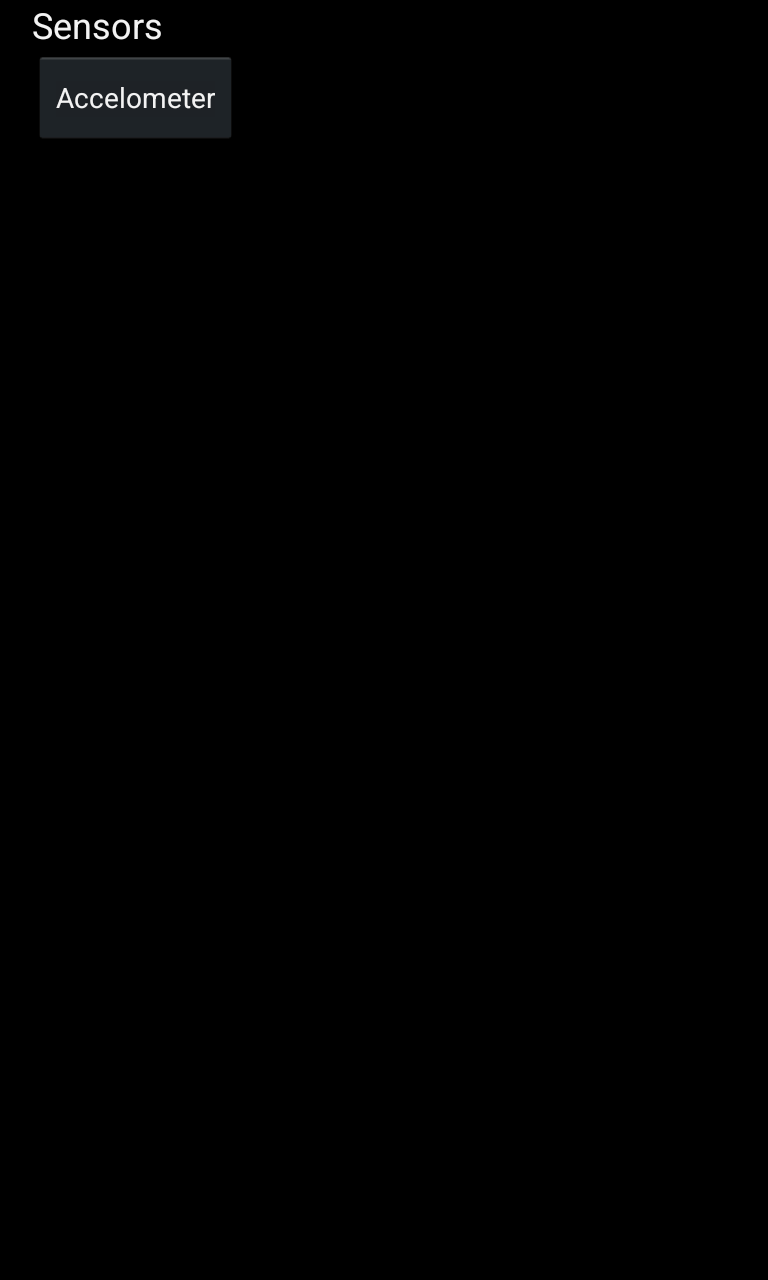
Repository: Amir13/Android_Basic_Steps
Layout: ViewElements5/res/layout/fragment_thrid.xml
An editor plug-in stored every save of this project. The layout is shown before and after the next save, followed by the edit.
It is drawn on a 768 x 1280 px phone screen (xhdpi) without system bars, with theme android:Theme.Holo; the app's code is not run.

Above is the layout before, as saved 2014-06-16 01:42:06.

After the next save:
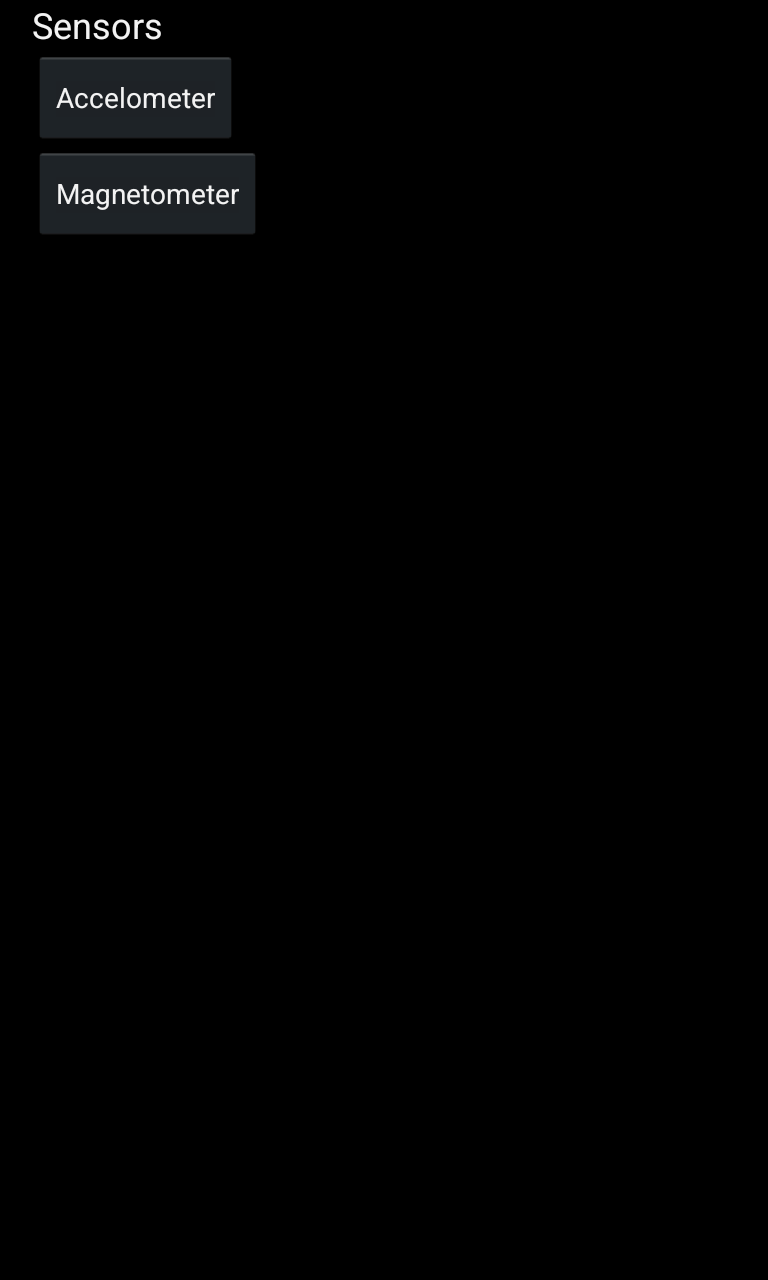
Saved 22 min 28 s later.
--- a/ViewElements5/res/layout/fragment_thrid.xml
+++ b/ViewElements5/res/layout/fragment_thrid.xml
@@ -23,4 +23,13 @@
         android:text="Sensors"
         android:textAppearance="?android:attr/textAppearanceMedium" />
 
+    <Button
+        android:id="@+id/btnMagnetometer"
+        style="?android:attr/buttonStyleSmall"
+        android:layout_width="wrap_content"
+        android:layout_height="wrap_content"
+        android:layout_alignLeft="@+id/btnSensorAcc"
+        android:layout_below="@+id/btnSensorAcc"
+        android:text="Magnetometer" />
+
 </RelativeLayout>
